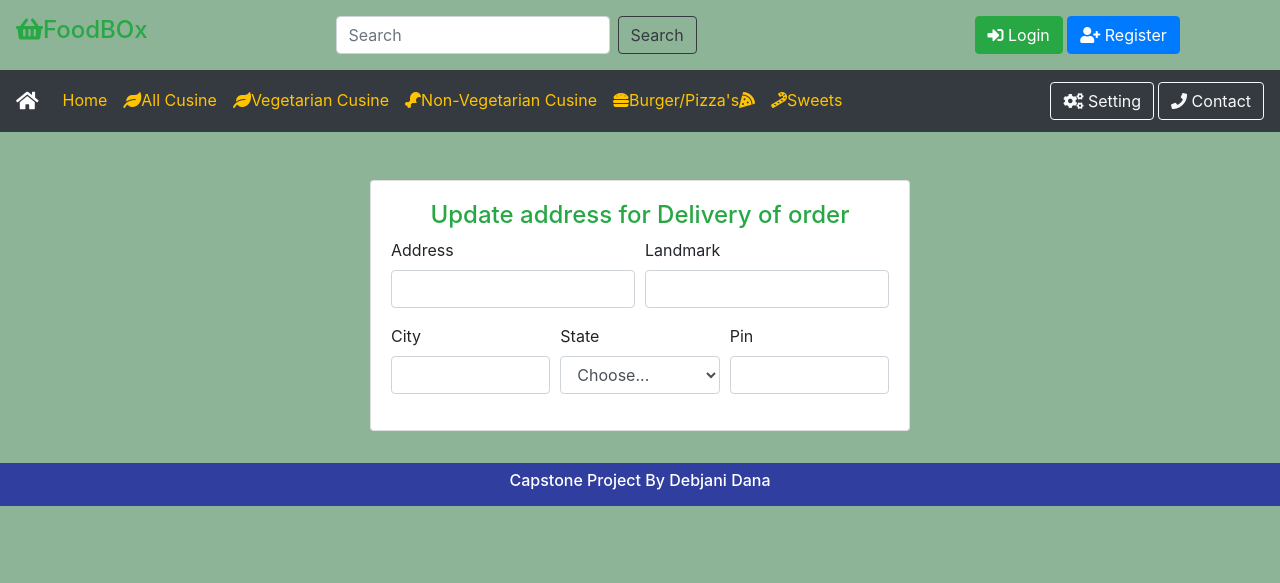
Repository: debjaniprofessional32/Capstone-Final-FoodBox-Delivery-Project
Page: http://localhost/OnlinFoodBOX/useraddress.jsp
An editor plug-in stored every save of this project. The page is shown before and after the next save, followed by the edit.
The browser window is 1280 px wide. The pictures show the whole page.
Some web libraries are served in a nearby version. The page is served by Tomcat 9.

Above is the page before, as saved 2022-12-23 12:06:33.

After the next save:
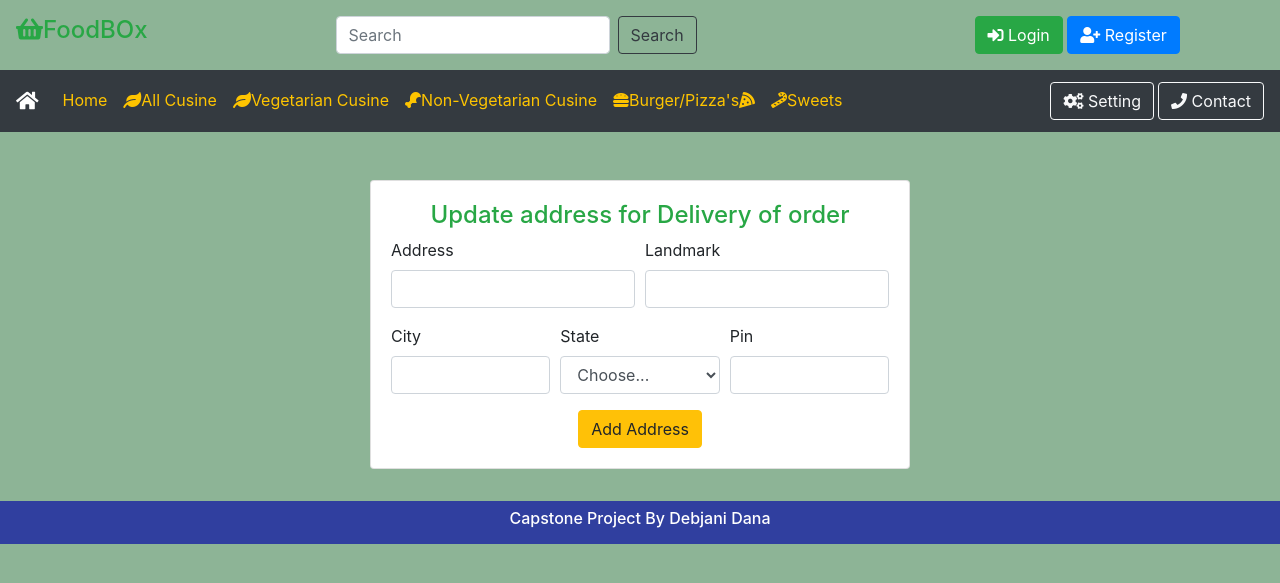
Saved 3 min 47 s later.
--- a/OnlinFoodBOX/src/main/webapp/useraddress.jsp
+++ b/OnlinFoodBOX/src/main/webapp/useraddress.jsp
@@ -45,7 +45,9 @@
     </div>
   </div>
 
-
+<div class="text-center text-warning">
+<button class="text-center btn btn-warning">Add Address</button>
+  </div>
 
 
 </form>
